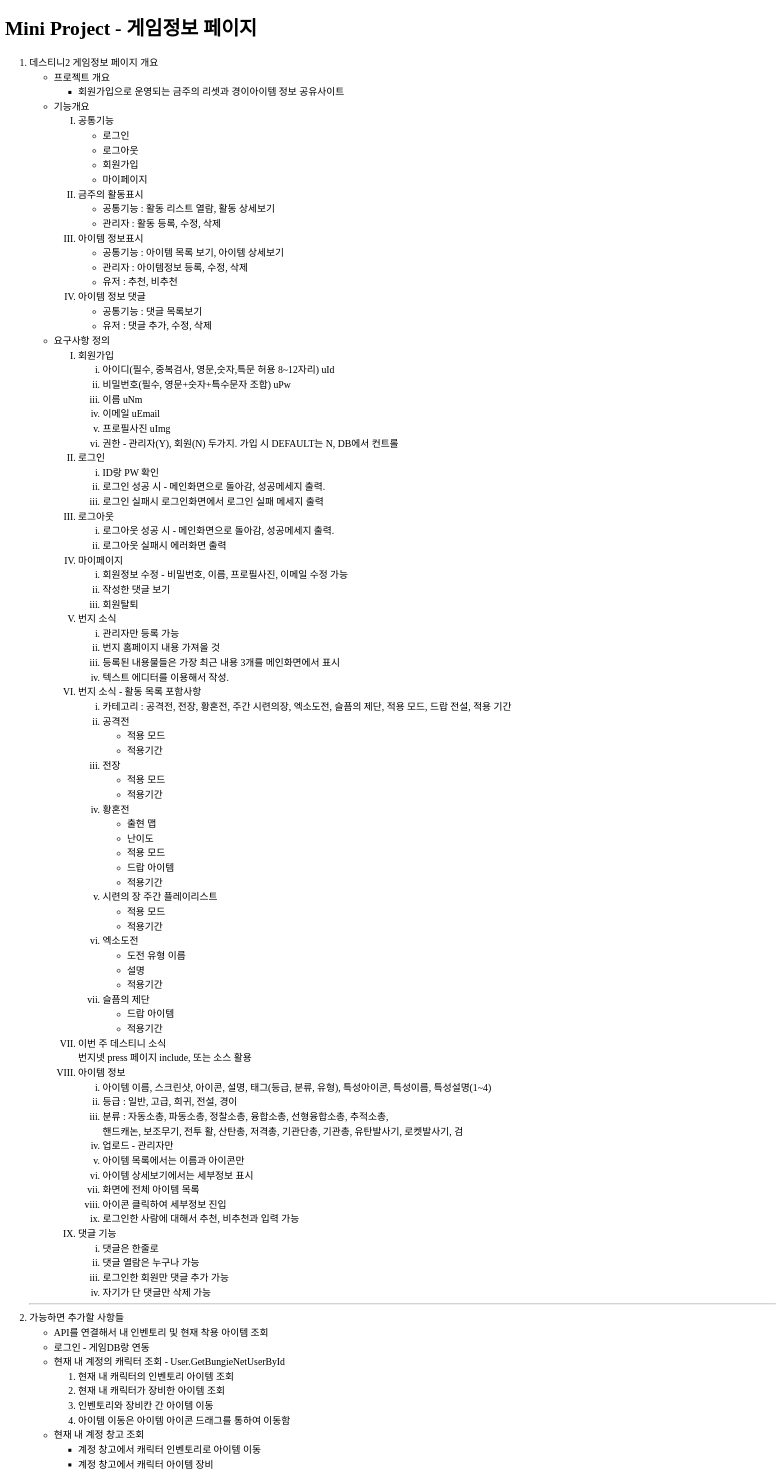
Repository: OrdnateValor/DegaTotal
Page: http://localhost/mini/
These files come from the project's save history. The page is drawn as it stood at one moment and after the next save; the edit follows.
The browser window is 1280 px wide. The pictures show the whole page, at 61% of full size.
The page is served by Tomcat 9.

Above is the page before, as saved 2021-09-26 03:22:58.

After the next save:
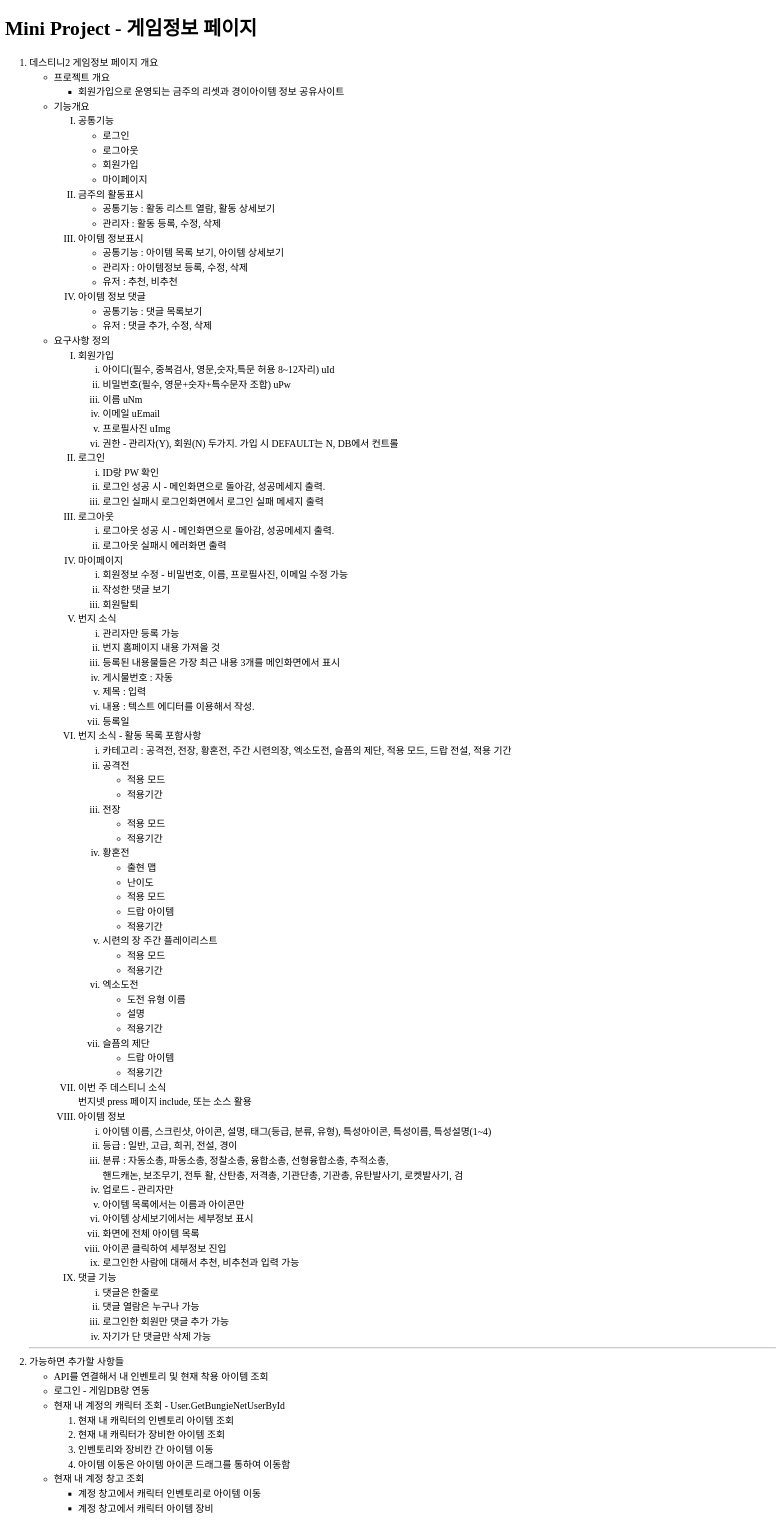
Saved 49 s later.
--- a/mini/src/main/webapp/index.jsp
+++ b/mini/src/main/webapp/index.jsp
@@ -87,7 +87,10 @@
 								<li>관리자만 등록 가능</li>
 								<li>번지 홈페이지 내용 가져올 것</li>
 								<li>등록된 내용물들은 가장 최근 내용 3개를 메인화면에서 표시</li>
-								<li>텍스트 에디터를 이용해서 작성.</li>
+								<li>게시물번호 : 자동</li>
+								<li>제목 : 입력</li>
+								<li>내용 : 텍스트 에디터를 이용해서 작성.</li>
+								<li>등록일</li>
 							</ol>
 						</li>
 						<li>번지 소식 - 활동 목록 포함사항
